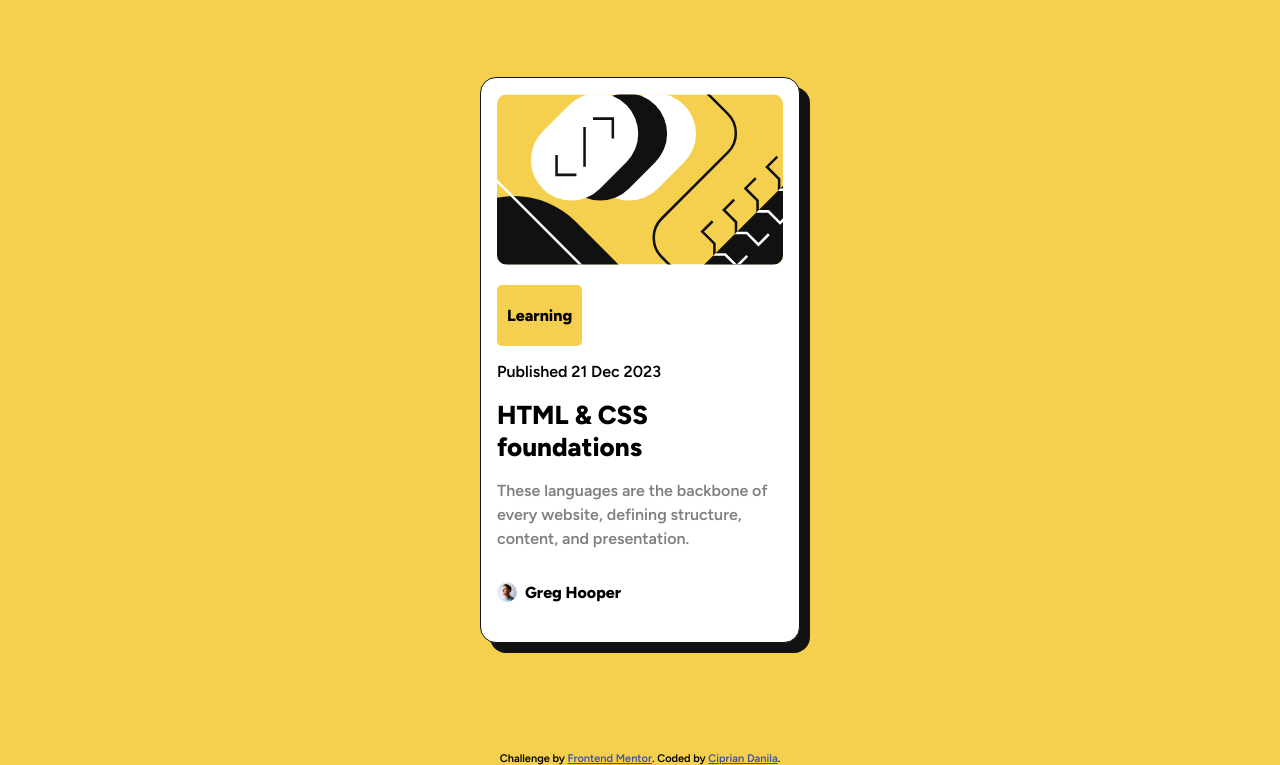
Repository: cipdanila/blog-preview-card
Page: index.html
An editor plug-in stored every save of this project. The page is shown before and after the next save, followed by the edit.
The browser window is 1280 px wide. The pictures show the whole page.

Above is the page before, as saved 2024-01-28 14:45:29.

After the next save:
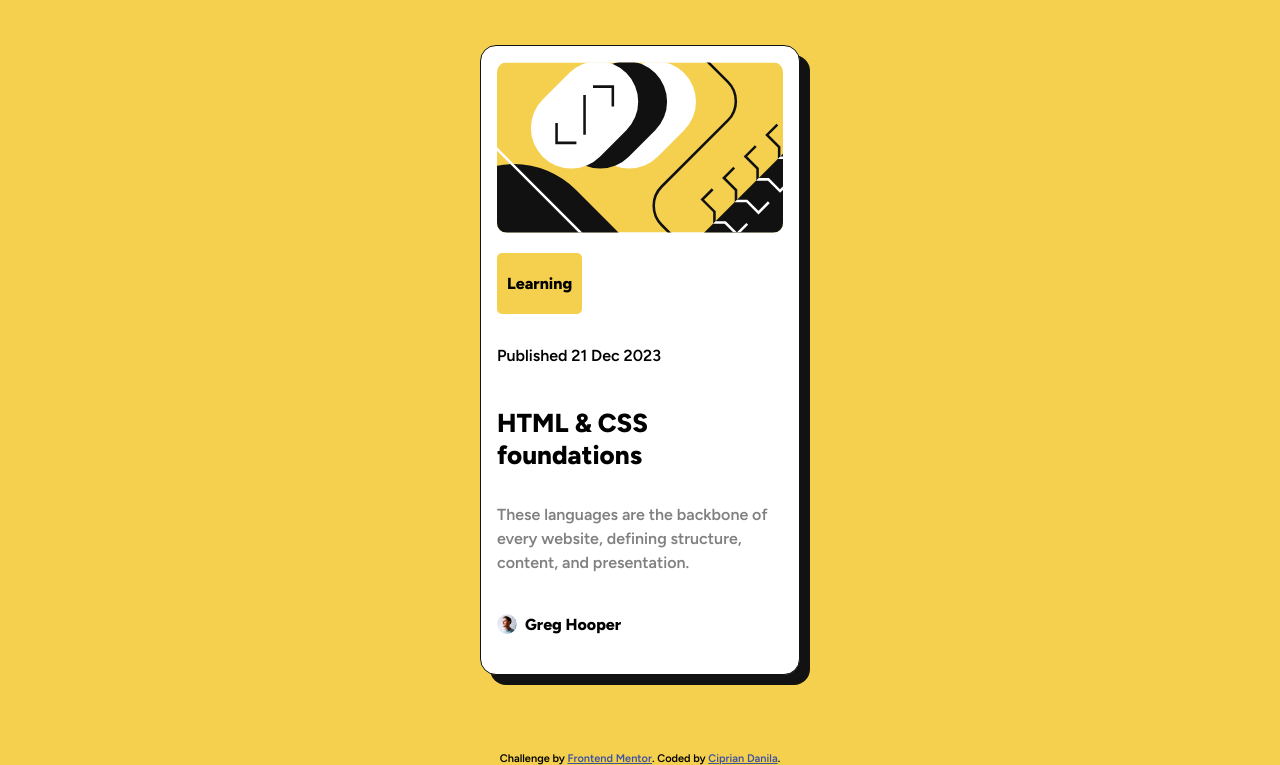
Saved 2 min 41 s later.
--- a/style.css
+++ b/style.css
@@ -1,4 +1,4 @@
-@import url('https://fonts.googleapis.com/css2?family=Figtree:wght@600;800&display=swap');
+@import url("https://fonts.googleapis.com/css2?family=Figtree:wght@600;800&display=swap");
 
 :root {
     /* Colors */
@@ -15,11 +15,12 @@
     box-sizing: border-box;
 }
 
-body, html {
+body,
+html {
     margin: 0;
     padding: 0;
     height: 100%;
-    font-family: 'Figtree', sans-serif;
+    font-family: "Figtree", sans-serif;
     font-size: 1rem;
     font-weight: 600;
     background-color: var(--yellow);
@@ -55,7 +56,9 @@
 }
 
 .text-card {
-    text-align: left;
+    display: flex;
+    flex-direction: column;
+    align-self: start;
 }
 
 .learning {
@@ -67,7 +70,10 @@
     font-weight: 800;
 }
 
-.publish, .title, .info, .avatar {
+.publish,
+.title,
+.info,
+.avatar {
     margin-bottom: 0.5rem;
 }
 

After the save that followed:
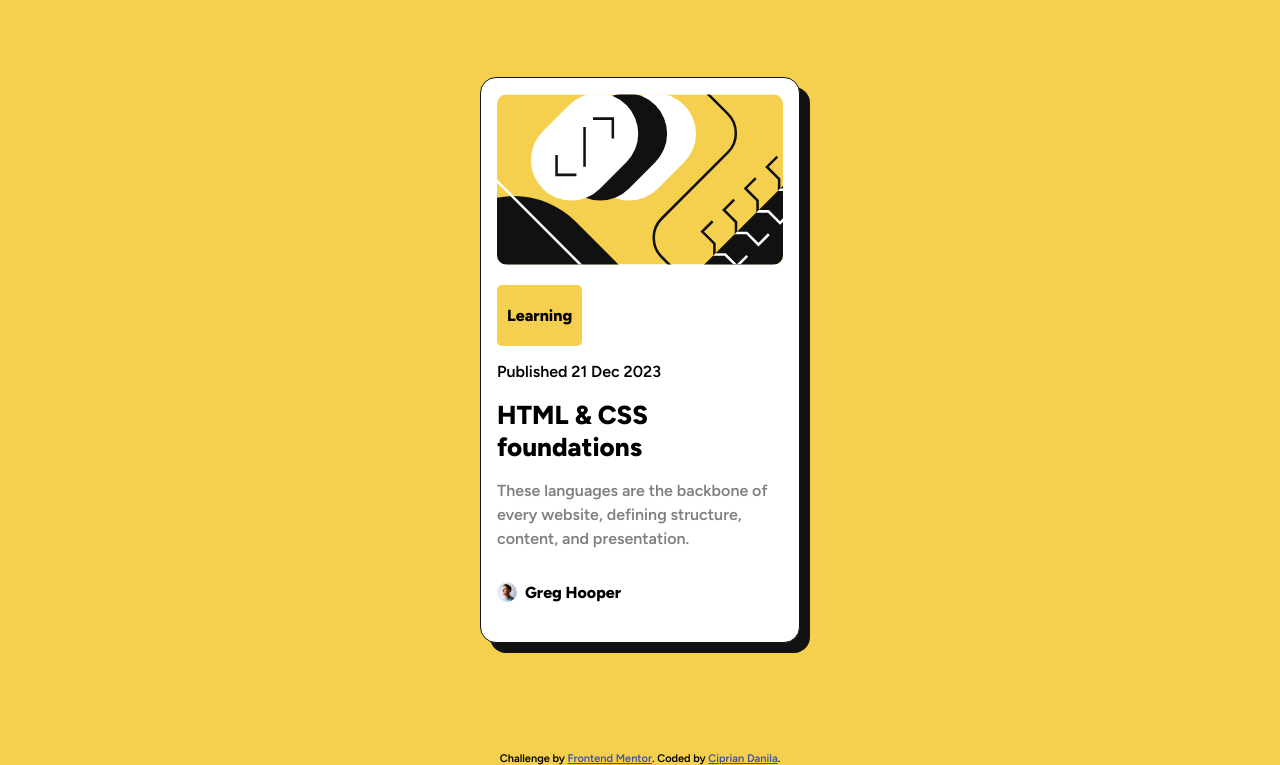
Saved 9 s later.
--- a/style.css
+++ b/style.css
@@ -1,4 +1,4 @@
-@import url("https://fonts.googleapis.com/css2?family=Figtree:wght@600;800&display=swap");
+@import url('https://fonts.googleapis.com/css2?family=Figtree:wght@600;800&display=swap');
 
 :root {
     /* Colors */
@@ -15,12 +15,11 @@
     box-sizing: border-box;
 }
 
-body,
-html {
+body, html {
     margin: 0;
     padding: 0;
     height: 100%;
-    font-family: "Figtree", sans-serif;
+    font-family: 'Figtree', sans-serif;
     font-size: 1rem;
     font-weight: 600;
     background-color: var(--yellow);
@@ -56,9 +55,7 @@
 }
 
 .text-card {
-    display: flex;
-    flex-direction: column;
-    align-self: start;
+    text-align: left;
 }
 
 .learning {
@@ -70,10 +67,7 @@
     font-weight: 800;
 }
 
-.publish,
-.title,
-.info,
-.avatar {
+.publish, .title, .info, .avatar {
     margin-bottom: 0.5rem;
 }
 
